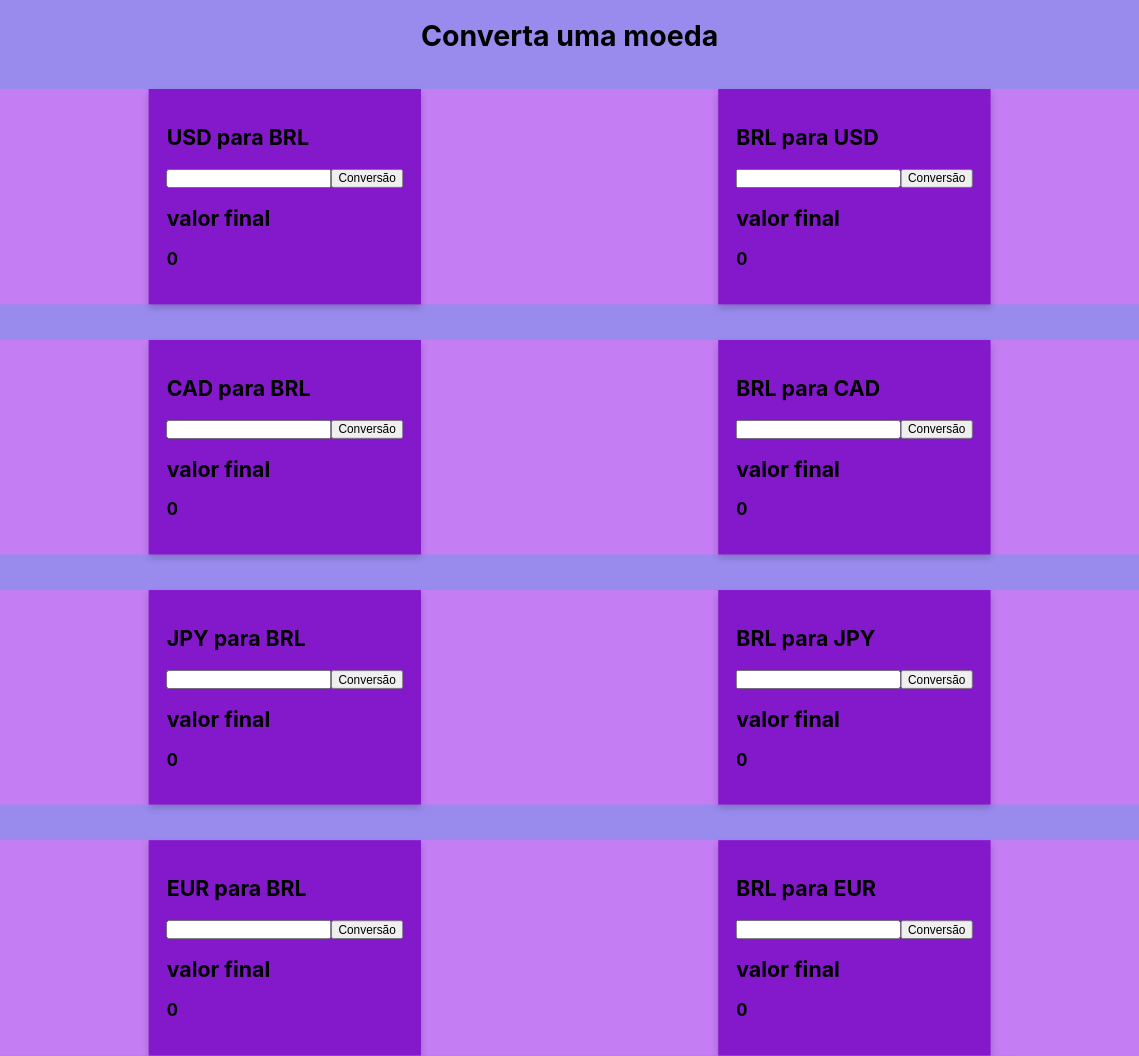
Repository: DeanLemosXD/Currency-converter
Page: /
An editor plug-in stored every save of this project. The page is shown before and after the next save, followed by the edit.
The browser window is 1280 px wide. The pictures show the whole page, at 89% of full size.
The project was rebuilt for these pictures with package versions that can differ from the ones it lists, and the page was loaded fresh each time.

Above is the page before, as saved 2021-10-19 18:25:42.

### src/index.css
body {
  margin: 0;
  font-family: -apple-system, BlinkMacSystemFont, 'Segoe UI', 'Roboto', 'Oxygen',
    'Ubuntu', 'Cantarell', 'Fira Sans', 'Droid Sans', 'Helvetica Neue',
    sans-serif;
  -webkit-font-smoothing: antialiased;
  -moz-osx-font-smoothing: grayscale;
  background-color:rgb(153, 139, 238)
}

code {
  font-family: source-code-pro, Menlo, Monaco, Consolas, 'Courier New',
    monospace;
}

### src/App.js
import './App.css';
import Conversor from './components/Conversor';

function App() {
  return (
    <div className="App">
      <h1>Converta uma moeda</h1>
      <div className="linha">
      <Conversor moedaA="USD" moedaB="BRL"></Conversor>
      <Conversor moedaA="BRL" moedaB="USD"></Conversor>
      </div>
      <div className="linha">
      <Conversor moedaA="CAD" moedaB="BRL"></Conversor>
      <Conversor moedaA="BRL" moedaB="CAD"></Conversor>
      </div>
      <div className="linha">
      <Conversor moedaA="JPY" moedaB="BRL"></Conversor>
      <Conversor moedaA="BRL" moedaB="JPY"></Conversor>
      </div>
      <div className="linha">
      <Conversor moedaA="EUR" moedaB="BRL"></Conversor>
      <Conversor moedaA="BRL" moedaB="EUR"></Conversor>
      </div>
    </div>
  );
}

export default App;

### src/App.css
.linha{
    display:flex;
    margin-top:  40px;
    justify-content: space-around;
    background-color:rgb(196, 125, 243)

}

h1{

    text-align: center;
}

.app{
    margin: auto;
    max-width: 900px;
}

### src/components/Conversor.js
import React, { Component } from 'react'
import './conversor.css'
export default class Conversor extends Component {

    // eslint-disable-next-line no-useless-constructor
    constructor(props){
        super(props);

        this.state = {
            moedaA_Valor:"",
            moedaB_Valor:0,

        }

        this.converter = this.converter.bind(this)
    }

    converter(){

        let de_para = `${this.props.moedaA}_${this.props.moedaB}`;
        let url = `http://free.currconv.com/api/v7/convert?q=${de_para}&compact=ultra&apiKey=0d7e32903cad9cf7460c`
        //console.log(url)
        fetch(url).then(res=>{
            return res.json()
        })
        .then(json=>{

            let cotacao = json[de_para];
            let moedaB_Valor = (parseFloat(this.state.moedaA_Valor) * cotacao).toFixed(2)
            this.setState({moedaB_Valor})
        })
    }
    render(){
        return (
            <div className="conversor">
                <h2>{this.props.moedaA} para {this.props.moedaB}</h2>
                <input type="text" onChange={(event)=>{this.setState({moedaA_Valor:event.target.value})}}></input>
                <input type="button" value="Conversão" onClick={this.converter}></input>
                <h2>valor final</h2>
                <h3>{this.state.moedaB_Valor}</h3>
            </div>
        )
    }
}

### src/components/conversor.css
.conversor{
        padding: 20px;
        max-width: 300px;
        box-shadow: 0 4px 8px 0 rgba(0, 0, 0, 0.2);
        background-color: rgb(132, 25, 204);
}

Loaded but not shown: public/index.html (common file); src/index.js (common file); src/reportWebVitals.js (common file)

After the next save:
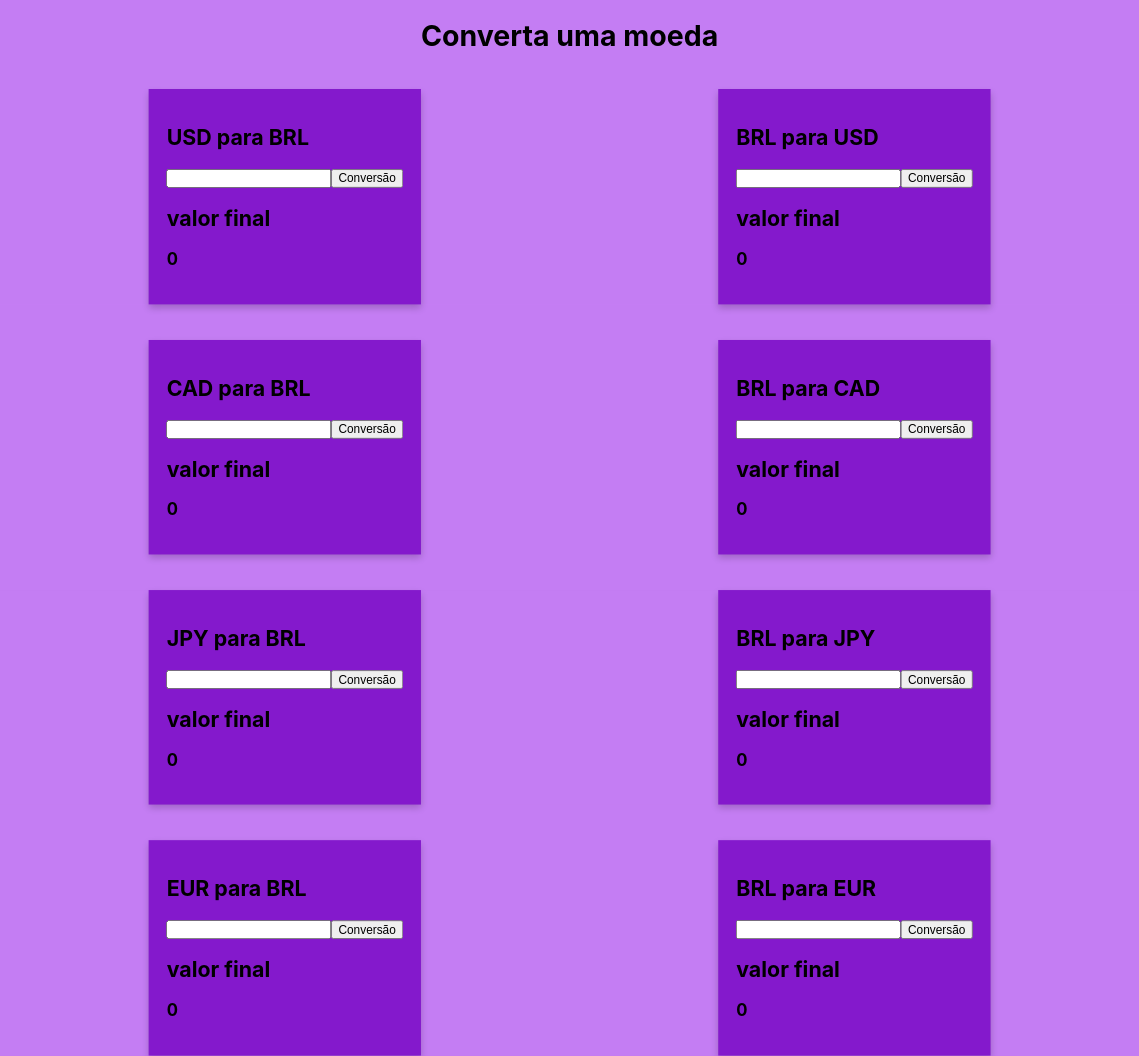
Saved 11 s later.
--- a/src/index.css
+++ b/src/index.css
@@ -5,7 +5,7 @@ body {
     sans-serif;
   -webkit-font-smoothing: antialiased;
   -moz-osx-font-smoothing: grayscale;
-  background-color:rgb(153, 139, 238)
+  background-color:rgb(196, 125, 243)
 }
 
 code {
